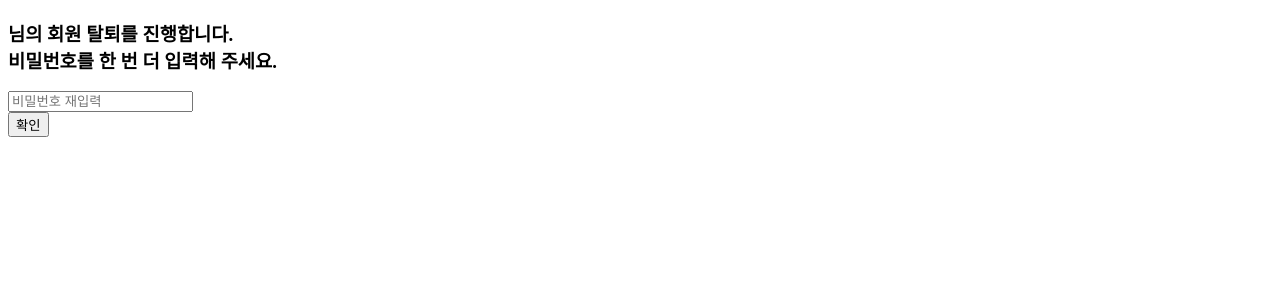
Repository: hanbeen03/javabasic
Page: http://localhost/JDBCBasic/users/users_delete_form.jsp
These files come from the project's save history. The page is drawn as it stood at one moment and after the next save; the edit follows.
The browser window is 1280 px wide. The pictures show the whole page.
The page is served by Tomcat 9. Other server files are loaded and not shown.

Above is the page before, as saved 2021-08-04 04:15:54.

### JDBCBasic/WebContent/users/users_delete_form.jsp
<%@ page language="java" contentType="text/html; charset=UTF-8"
    pageEncoding="UTF-8"%>
<%
	String id = (String)session.getAttribute("session_id");
%>
<!DOCTYPE html>
<html>
<head>
<meta charset="UTF-8">
<title>Insert title here</title>
</head>
<body>
	<h3><<%= id %>>님의 회원 탈퇴를 진행합니다.<br/>
		비밀번호를 한 번 더 입력해 주세요.
	</h3>
	<form action="users_delete_ok.jsp" method="post">
		<input type="password" name="deletePw" placeholder="비밀번호 재입력" /><br/>
		<input type="submit" value="확인" />
	</form>
</body>
</html>

After the next save:
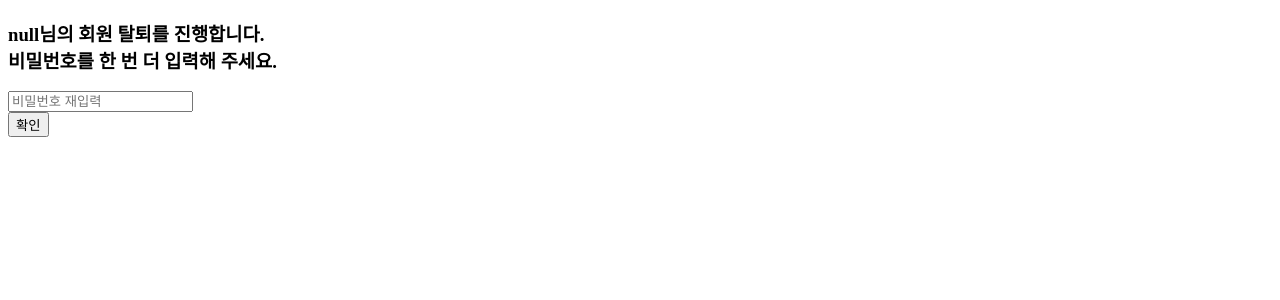
Saved 4 min 34 s later.
--- a/JDBCBasic/WebContent/users/users_delete_form.jsp
+++ b/JDBCBasic/WebContent/users/users_delete_form.jsp
@@ -10,7 +10,7 @@
 <title>Insert title here</title>
 </head>
 <body>
-	<h3><<%= id %>>님의 회원 탈퇴를 진행합니다.<br/>
+	<h3><%= id %>님의 회원 탈퇴를 진행합니다.<br/>
 		비밀번호를 한 번 더 입력해 주세요.
 	</h3>
 	<form action="users_delete_ok.jsp" method="post">
